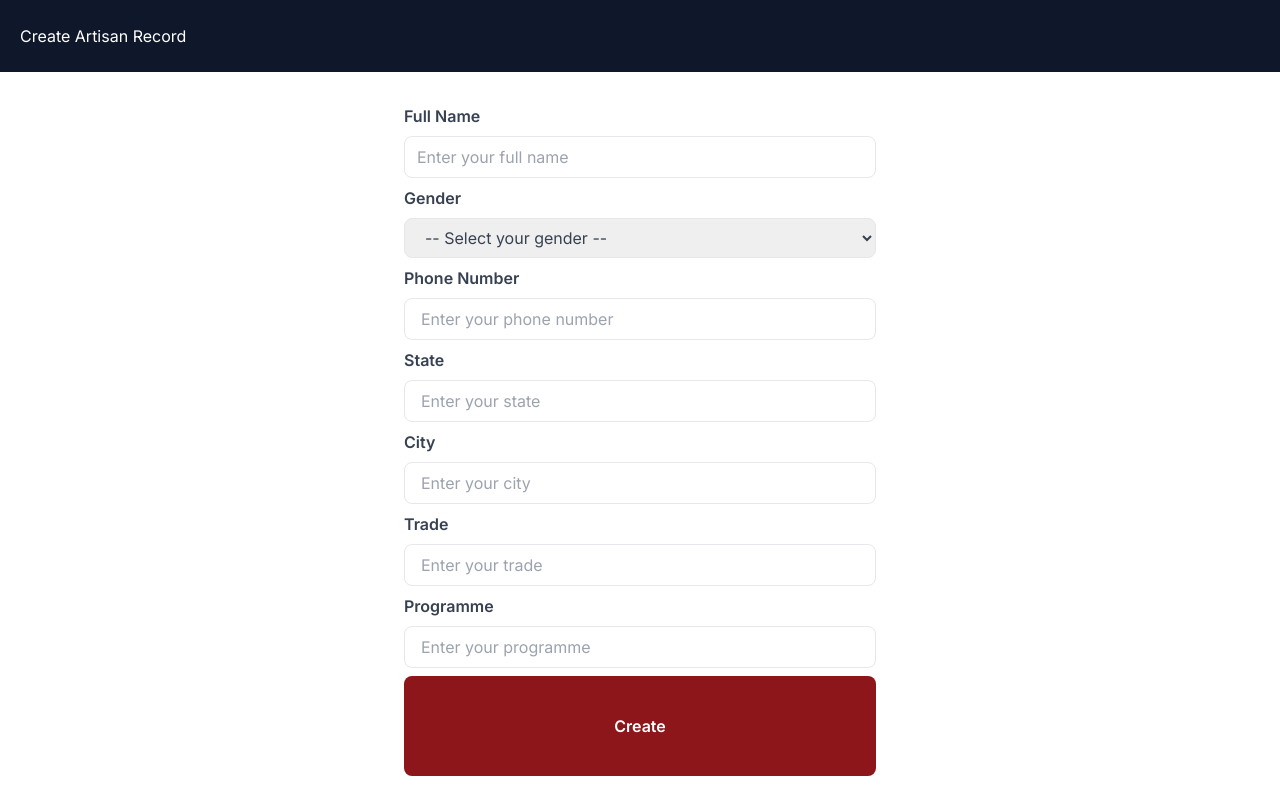
Repository: marcusdashe/artisanindex_frontend
Page: /components/CreateArtisan
These files come from the project's save history. The page is drawn as it stood at one moment and after the next save; the edit follows.
The browser window is 1280 px wide. The pictures show the whole page.
The project was rebuilt for these pictures with package versions that can differ from the ones it lists, and the page was loaded fresh each time. The framework's server and built-in components were replaced by stand-ins that run in the browser. Also part of the build but not shown: next.config.js.

Above is the page before, as saved 2023-03-09 11:30:49.

After the next save:
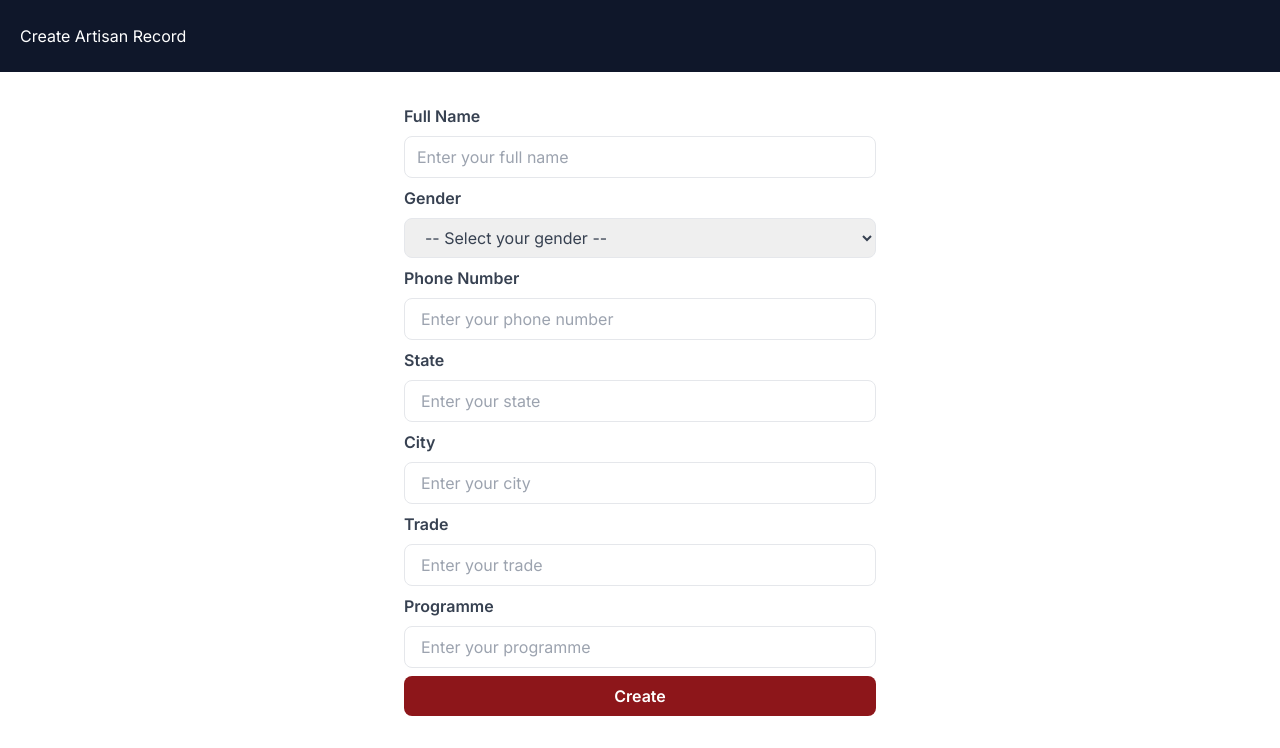
Saved 10 s later.
--- a/pages/components/CreateArtisan.js
+++ b/pages/components/CreateArtisan.js
@@ -132,7 +132,7 @@ function ViewArtisanDataScreen() {
 
             <button
               type="submit"
-              className="h-[100px] bg-[#8D161A] text-white font-semibold rounded-lg hover:bg-blue-700"
+              className="h-[40px] bg-[#8D161A] text-white font-semibold rounded-lg hover:bg-blue-700"
             >
               Create
             </button>
